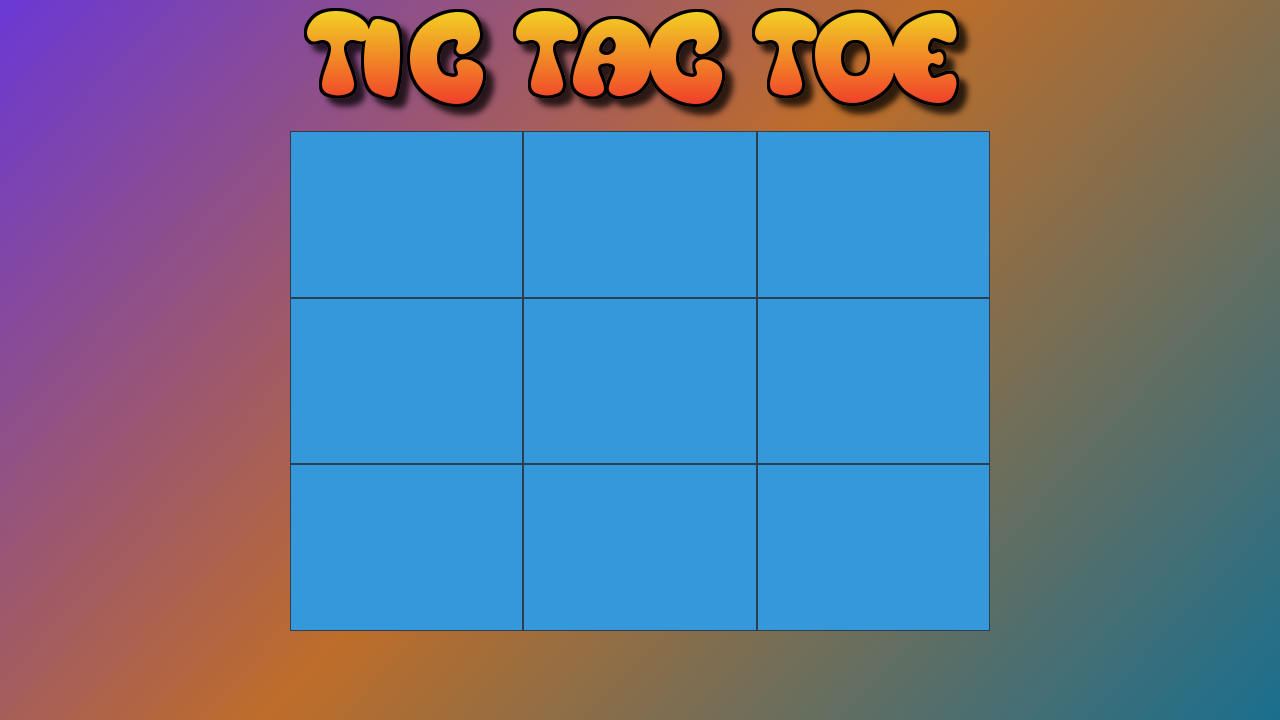
Repository: malx9/Project--5---Tic-Tac-Toe-with-AI
Page: index.html
An editor plug-in stored every save of this project. The page is shown before and after the next save, followed by the edit.
The browser window is 1280 px wide. The pictures show the whole page.

Above is the page before, as saved 2023-12-25 17:17:15.

### index.html
<!DOCTYPE html>
<html lang="en">
  <head>
    <meta charset="UTF-8" />
    <meta name="viewport" content="width=device-width, initial-scale=1.0" />
    <link rel="stylesheet" href="styles.css" />
    <title>Tic Tac Toe</title>
  </head>
  <body>
    <header>
      <img class="logo" src="images/logo.png" />
    </header>
    <main>
      <div class="game--box">
        <div class="game--board">
          <div class="square"></div>
          <div class="square"></div>
          <div class="square"></div>
          <div class="square"></div>
          <div class="square"></div>
          <div class="square"></div>
          <div class="square"></div>
          <div class="square"></div>
          <div class="square"></div>
        </div>
      </div>
    </main>
  </body>
</html>

### styles.css
html {
  height: 100%;
  margin: 0;
}

body {
  margin: 0;
  background: rgb(106, 56, 213);
  background: linear-gradient(
    133deg,
    rgba(106, 56, 213, 1) 0%,
    rgba(190, 109, 41, 1) 48%,
    rgba(25, 111, 143, 1) 100%
  );
}

.logo {
  display: block;
  margin-left: auto;
  margin-right: auto;
}

.game--box {
  display: block;
  margin: auto;
  width: 700px;
  height: 500px;
}

.game--board {
  display: grid;
  grid-template-columns: repeat(3, 1fr);
  grid-template-rows: repeat(3, 1fr);
  width: 700px;
  height: 500px;
}

.square {
  background-color: #3498db;
  border: 1px solid #2c3e50;
}

After the next save:
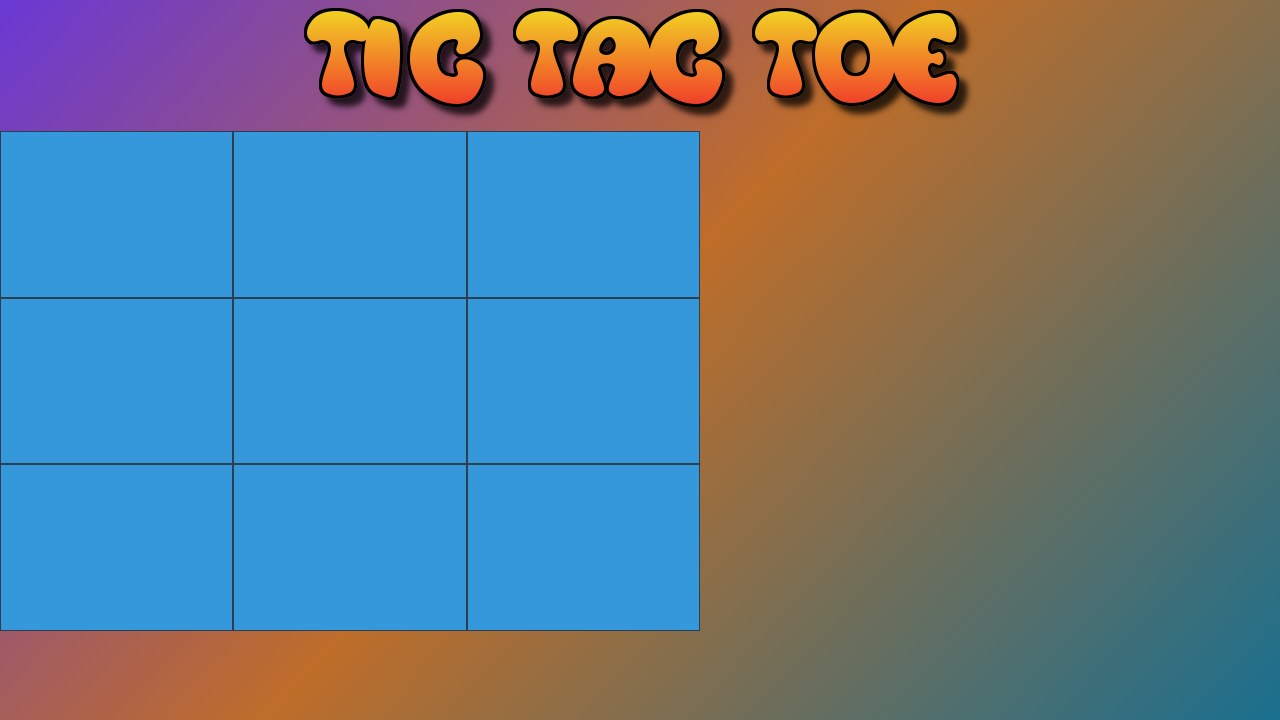
Saved 27 s later.
--- a/index.html
+++ b/index.html
@@ -11,18 +11,16 @@
       <img class="logo" src="images/logo.png" />
     </header>
     <main>
-      <div class="game--box">
-        <div class="game--board">
-          <div class="square"></div>
-          <div class="square"></div>
-          <div class="square"></div>
-          <div class="square"></div>
-          <div class="square"></div>
-          <div class="square"></div>
-          <div class="square"></div>
-          <div class="square"></div>
-          <div class="square"></div>
-        </div>
+      <div class="game--board">
+        <div class="square"></div>
+        <div class="square"></div>
+        <div class="square"></div>
+        <div class="square"></div>
+        <div class="square"></div>
+        <div class="square"></div>
+        <div class="square"></div>
+        <div class="square"></div>
+        <div class="square"></div>
       </div>
     </main>
   </body>

After the save that followed:
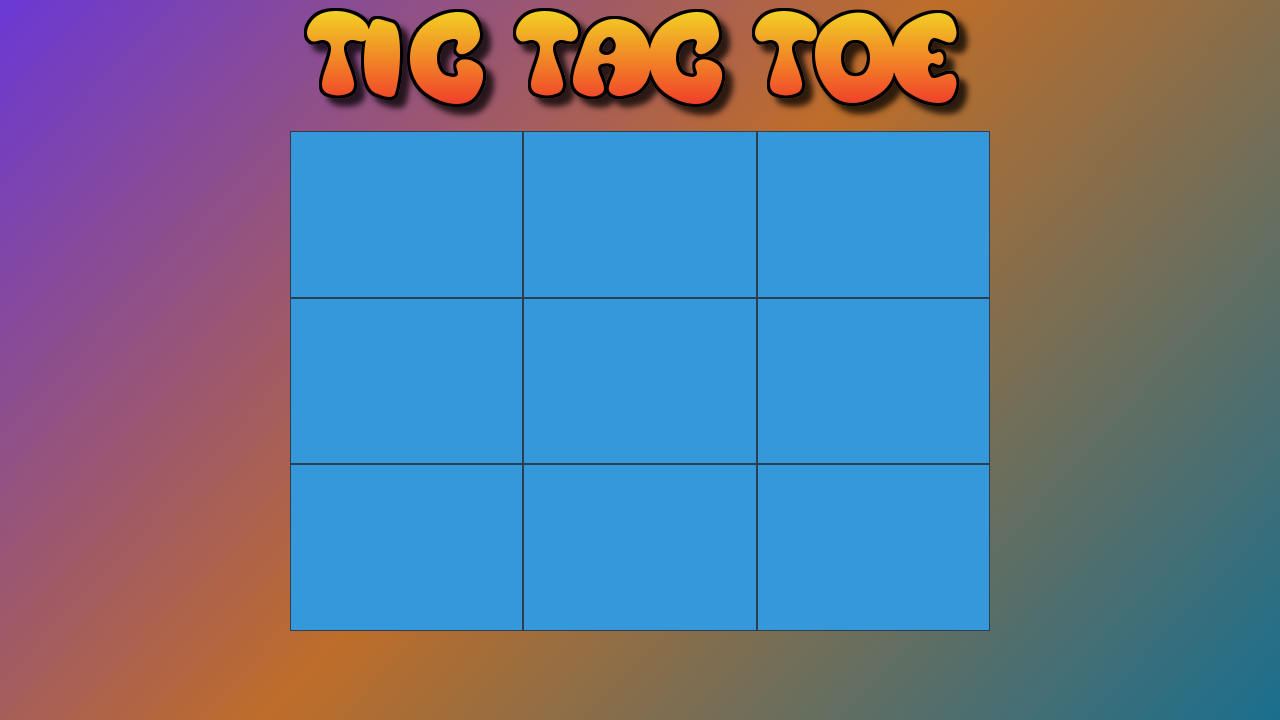
Saved 10 s later.
--- a/styles.css
+++ b/styles.css
@@ -33,6 +33,7 @@ body {
   grid-template-rows: repeat(3, 1fr);
   width: 700px;
   height: 500px;
+  margin: auto;
 }
 
 .square {
